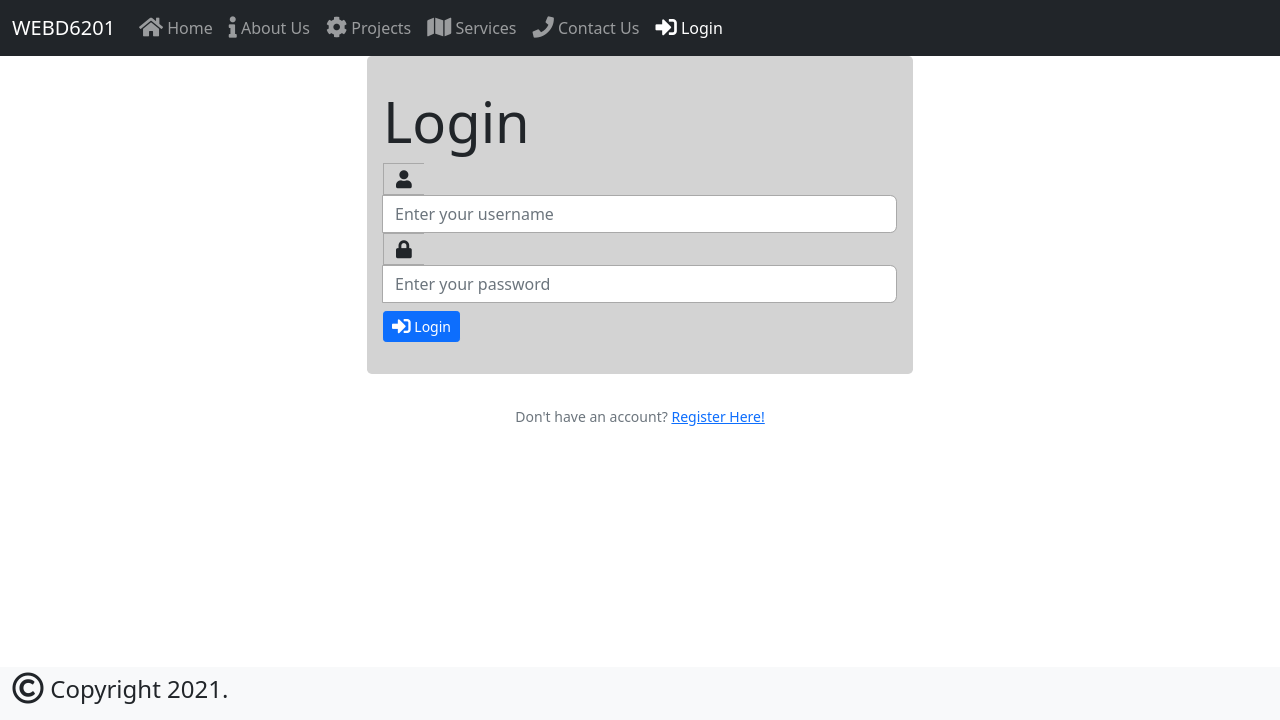
Repository: GarlicButterBoy/WEBD6201-ICE05
Page: login.html
These files come from the project's save history. The page is drawn as it stood at one moment and after the next save; the edit follows.
The browser window is 1280 px wide. The pictures show the whole page.

Above is the page before, as saved 2021-02-18 08:15:31.

After the next save:
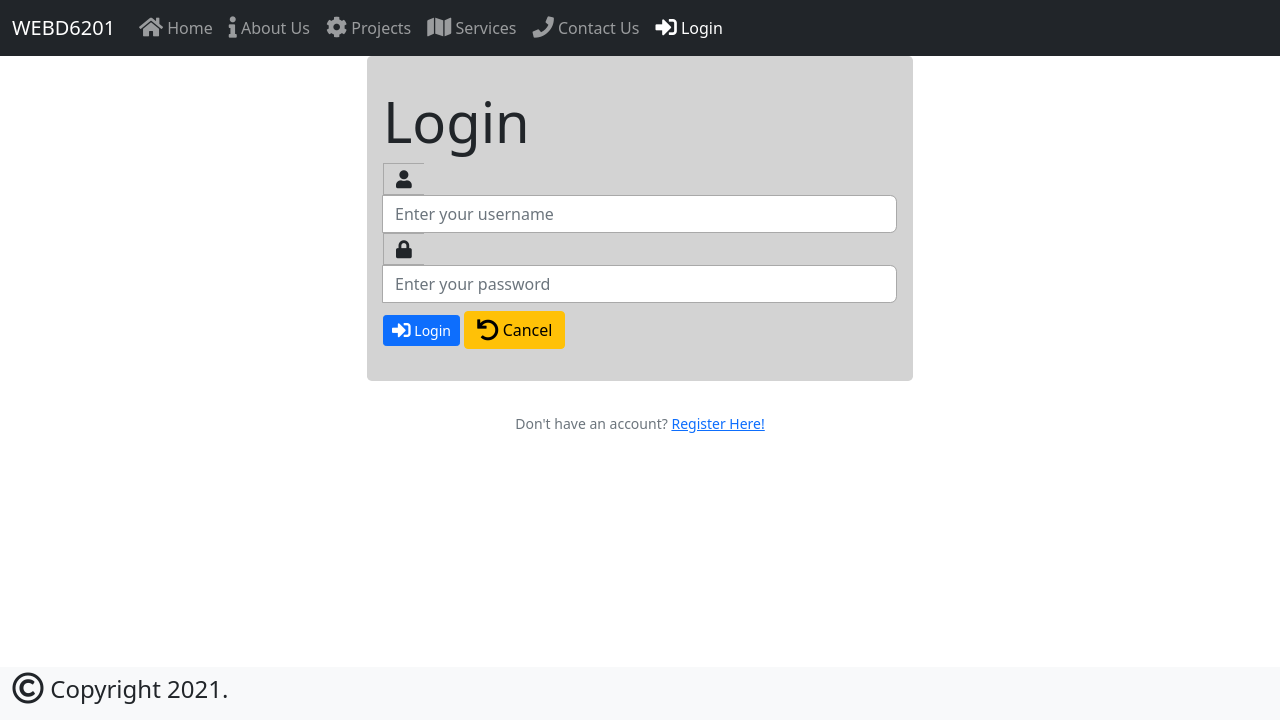
Saved 28 s later.
--- a/login.html
+++ b/login.html
@@ -82,6 +82,7 @@
                       </div>
                       <div class="text-right">
                         <button id="submitButton" type="submit" class="btn btn-primary btn-sm"><i class="fas fa-sign-in-alt fa-lg"></i> Login</button>
+                        <button id="cancelButton" type="button" class="btn btn-warning"><i class="fas fa-undo fa-lg"></i> Cancel</button>
                       </div>
                     </form>
 
